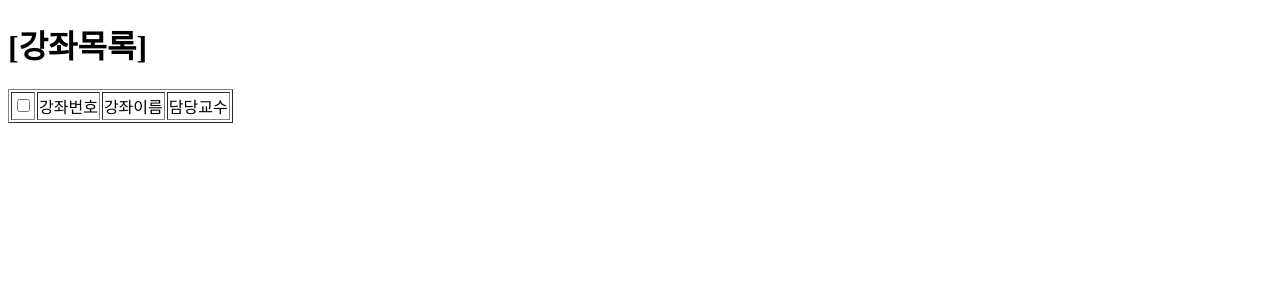
Repository: whwlsghkstm/html
Page: http://localhost/Ex0506/student/list.jsp
These files come from the project's save history. The page is drawn as it stood at one moment and after the next save; the edit follows.
The browser window is 1280 px wide. The pictures show the whole page.
Some web libraries are served in a nearby version. The page is served by Tomcat 9. Other server files are loaded and not shown. Queries for data that is not in the repository find no rows.

Above is the page before, as saved 2020-05-06 07:18:31.

### Ex0506/WebContent/student/list.jsp
<%@ page language="java" contentType="text/html; charset=UTF-8"
    pageEncoding="UTF-8"%>
<!DOCTYPE html>
<html>
<head>
	<meta charset="UTF-8">
	<title>강좌목록</title>
	<script src="http://code.jquery.com/jquery-1.9.1.js"></script>
	<script src="https://cdnjs.cloudflare.com/ajax/libs/handlebars.js/3.0.1/handlebars.js"></script>
</head>
<body>
	<h1>[강좌목록]</h1>
	<table id="tab" border=1></table>
	<script id="temp" type="text/x-handlebars-template">
			<tr class="title">
				<td><input type="checkbox" id="checkAll1"></td>
				<td>강좌번호</td>
				<td>강좌이름</td>
				<td>담당교수</td>
			</tr>

		{{#each clist}}
			<tr class="row">
				<td><input type="checkbox" class="check1"></td>
				<td class="lcode">{{lcode}}</td>
				<td class="lname">{{lname}}</td>
				<td class="pname">{{pname}}</td>
			</tr>
		{{/each}}
	</script>
</body>

<script>
	$.ajax({
		type:"get",
		url:"json.jsp",
		dataType:"json",
		success:function(data){
			var temp=Handlebars.compile($("#temp").html());
			$("#tab").html(temp(data));
		}
	});
</script>

</html>

### Ex0506/WebContent/student/json.jsp
<%@ page language="java" contentType="text/html; charset=UTF-8" pageEncoding="UTF-8"%>
<%@ page import="ex01.*, java.util.*, org.json.simple.*, java.text.*" %>
<%
	EDAO edao=new EDAO();
	ArrayList<EVO> carray=edao.clist();

	JSONObject jObject=new JSONObject();

	JSONArray jArray=new JSONArray();
	for(EVO vo:carray){
		JSONObject obj=new JSONObject();
		obj.put("lcode", vo.getLcode());
		obj.put("lname", vo.getLname());
		obj.put("pname", vo.getPname());
		jArray.add(obj);
	}

	jObject.put("clist", jArray);
	out.print(jObject);
%>

### Ex0506/src/ex01/EDAO.java
package ex01;

import java.sql.Connection;
import java.sql.DriverManager;
import java.sql.PreparedStatement;
import java.sql.ResultSet;
import java.util.ArrayList;

public class EDAO {
	//데이터베이스 연결 method
	public Connection con() throws Exception{
		String driver = "oracle.jdbc.driver.OracleDriver";
		String url = "jdbc:oracle:thin:@localhost:1521:xe";
		String user = "haksa";
		String password = "pass";

		Class.forName(driver);
		Connection con=DriverManager.getConnection(url, user, password);

		return con;
	}

	//강좌목록 출력 method
	public ArrayList<EVO> clist() throws Exception{
		ArrayList<EVO> carray=new ArrayList<EVO>();
		String sql="select lcode, lname, pname from view_couenr group by lcode, lname, pname";
		PreparedStatement ps=con().prepareStatement(sql);
		ResultSet rs=ps.executeQuery();
		while(rs.next()) {
			EVO vo=new EVO();
			vo.setLcode(rs.getString("lcode"));
			vo.setLname(rs.getString("lname"));
			vo.setPname(rs.getString("pname"));
			carray.add(vo);
		}
		con().close();
		return carray;
	}

	//강좌클릭시 출력되는 수강신청한 학생 목록 method
	public ArrayList<EVO> slist(String lcode) throws Exception{
		ArrayList<EVO> sarray=new ArrayList<EVO>();
		String sql="select scode, sname, grade from view_stuenr where lcode=? group by scode, sname, grade";
		PreparedStatement ps=con().prepareStatement(sql);
		ps.setString(1, lcode);
		ResultSet rs=ps.executeQuery();
		while(rs.next()) {
			EVO vo=new EVO();
			vo.setScode(rs.getString("scode"));
			vo.setSname(rs.getString("sname"));
			vo.setGrade(rs.getInt("grade"));
			sarray.add(vo);
		}
		con().close();
		return sarray;
	}
}

After the next save:
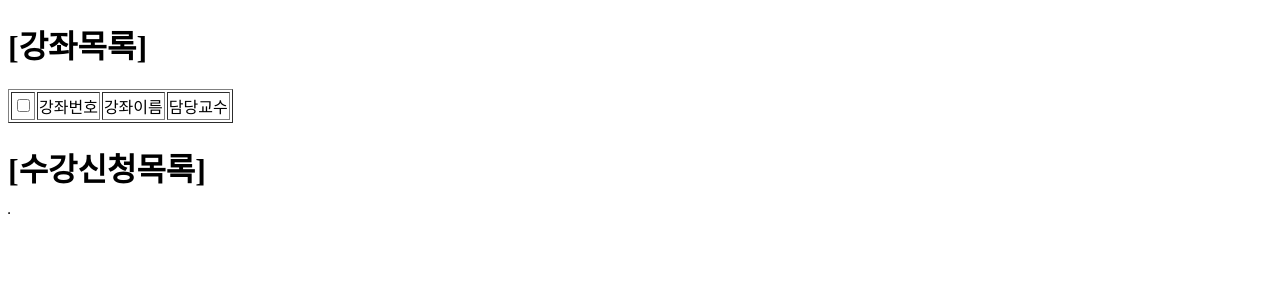
Saved 73 s later.
--- a/Ex0506/WebContent/student/list.jsp
+++ b/Ex0506/WebContent/student/list.jsp
@@ -28,6 +28,26 @@
 			</tr>
 		{{/each}}
 	</script>
+
+	<h1>[수강신청목록]</h1>
+	<table id="tab1" border=1></table>
+	<script id="temp1" type="text/x-handlebars-template">
+			<tr class="title1">
+				<td><input type="checkbox" id="checkAll1"></td>
+				<td>학생번호</td>
+				<td>학생이름</td>
+				<td>점수</td>
+			</tr>
+
+		{{#each slist}}
+			<tr class="row1">
+				<td><input type="checkbox" class="check1"></td>
+				<td class="scode">{{scode}}</td>
+				<td class="sname">{{sname}}</td>
+				<td class="grade">{{grade}}</td>
+			</tr>
+		{{/each}}
+	</script>
 </body>
 
 <script>
